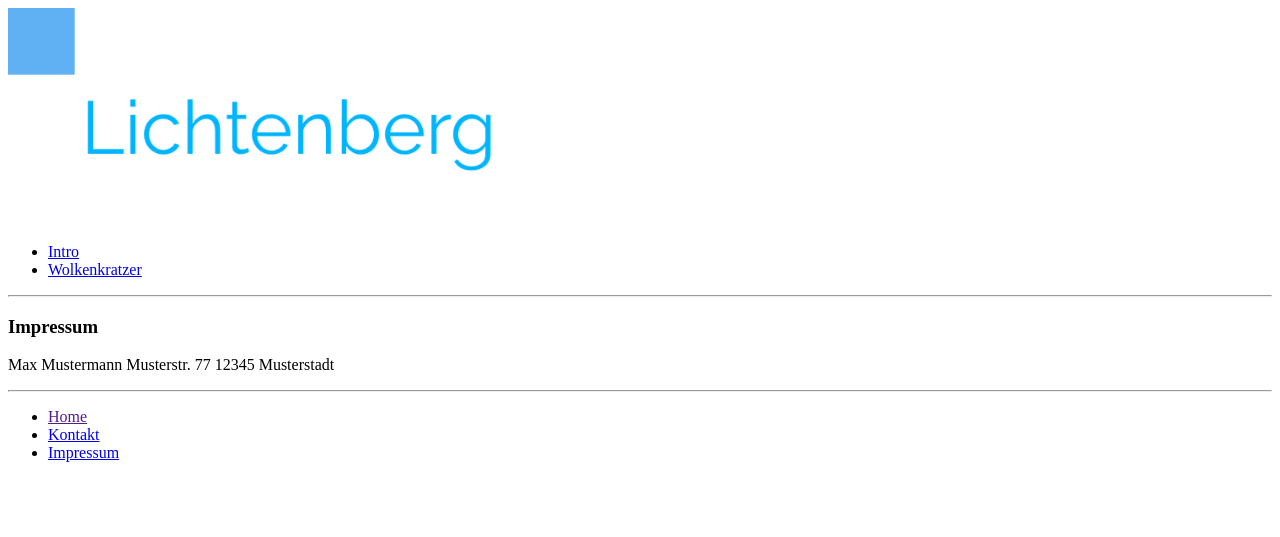
Repository: adamkonopka1991/Uni
Page: Kiez App/impressum.html
The author's editor kept a record of every edit. The page is drawn from the files as they stood at one moment, then again after the next edit.
The browser window is 1280 px wide. The pictures show the whole page.

Above is the page before.

### Kiez App/impressum.html
<!DOCTYPE html>
<html>


    <head>
        <meta charset="utf-8">
        <title>
            Startseite Kiez-App
        </title>

    </head>

    <body>

        <header>
            <img src="Logo.png" width=40%>
        </header>

        <nav>
            <ul>
                <li><a href="index.html">Intro</a></li>
                <li><a href="seite2.htm">Wolkenkratzer</a></li>
            </ul>
        </nav>

        <section>
        <hr>
            <h3>Impressum</h3>
            <p>
                Max Mustermann
                Musterstr. 77
                12345 Musterstadt
            </p>

        <hr>
        </section>

        <footer>
            <ul>
                <li><a href="">Home</a></li>
                <li><a href="kontakt.html">Kontakt</a></li>
                <li><a href="impressum.html">Impressum</a></li>
            </ul>

        </footer>

    </body>
</html>

After the next edit:
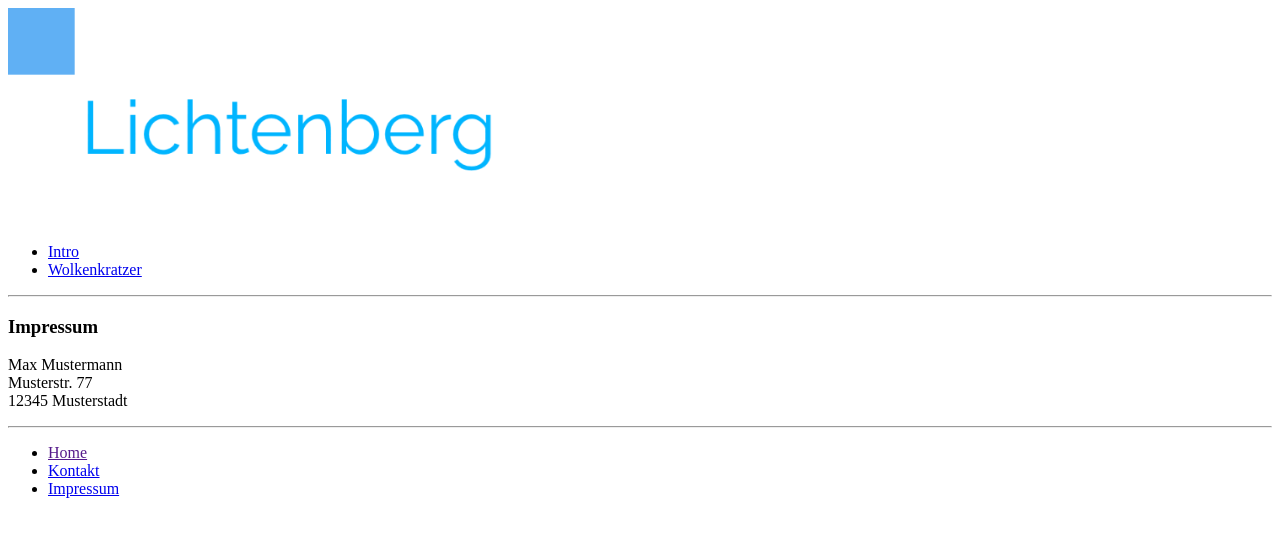
The edit:
--- a/Kiez App/impressum.html
+++ b/Kiez App/impressum.html
@@ -27,8 +27,8 @@
         <hr>
             <h3>Impressum</h3>
             <p>
-                Max Mustermann
-                Musterstr. 77
+                Max Mustermann <br>
+                Musterstr. 77<br>
                 12345 Musterstadt
             </p>
 
